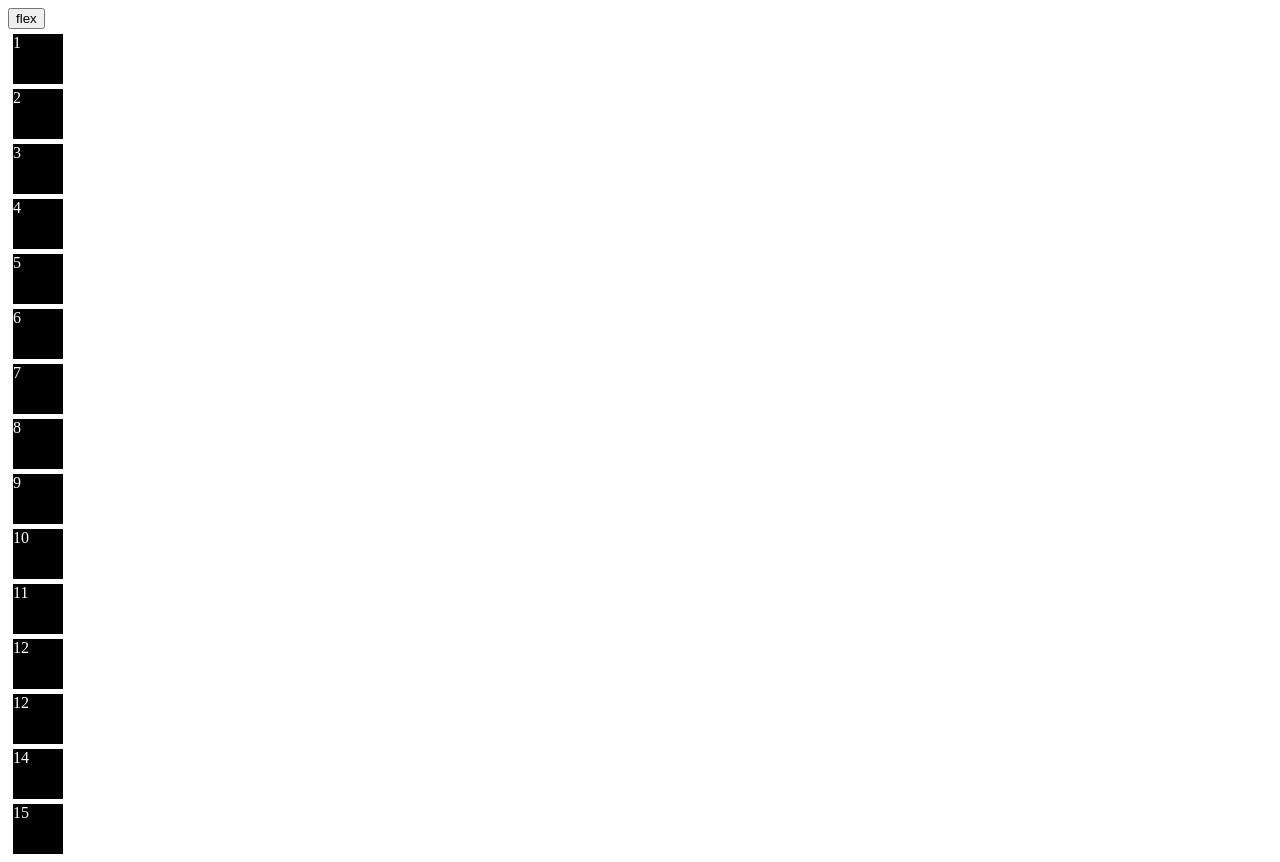
Repository: eeoooo/MINI-PROJECTS-HTML-CSS
Page: practiceCSSFlex/index.html
The author's editor kept a copy of each file at every save. The page is drawn from the files as they stood at one save, then again after the next save.
The browser window is 1280 px wide. The pictures show the whole page.

Above is the page before, as saved 2022-07-30 15:38:49.

After the next save:
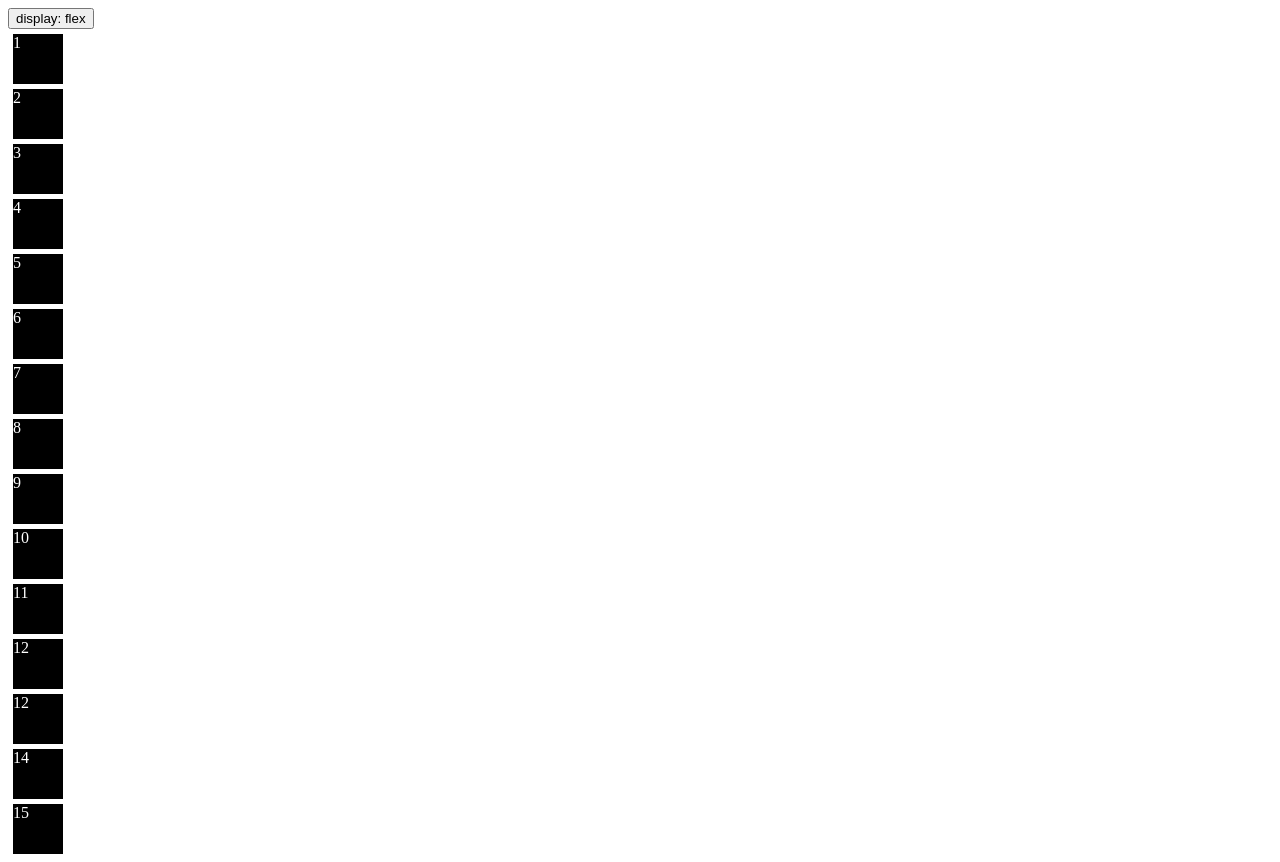
Saved 1 s later.
--- a/practiceCSSFlex/index.html
+++ b/practiceCSSFlex/index.html
@@ -10,7 +10,7 @@
 </head>
 <body>
     <div class="buttons">
-        <button class="flex">flex</button>
+        <button class="flex">display: flex</button>
     </div>
     <div class="container">
         <div class="box">1</div>
